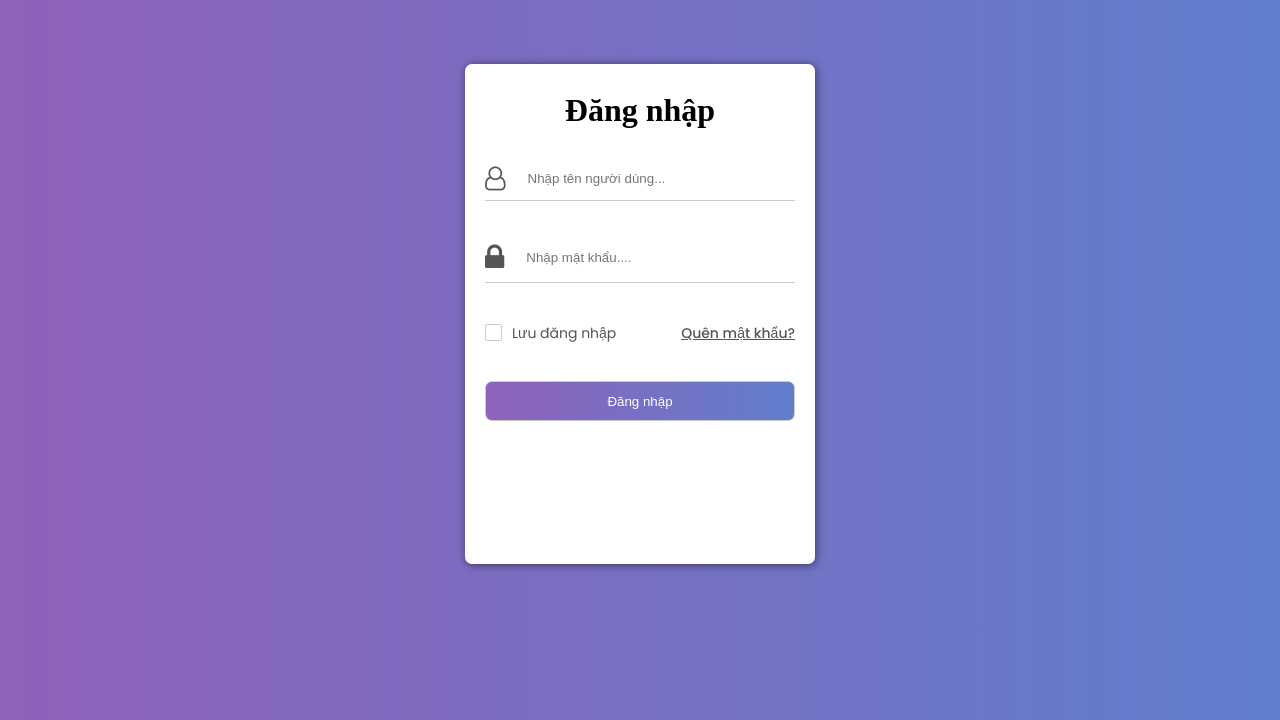
Repository: Nieday306/shophoaqua
Page: login.html
An editor plug-in stored every save of this project. The page is shown before and after the next save, followed by the edit.
The browser window is 1280 px wide. The pictures show the whole page.

Above is the page before, as saved 2024-04-06 18:35:54.

### login.html
<!DOCTYPE html>
<html lang="en">
  <head>
    <meta charset="UTF-8" />
    <meta name="viewport" content="width=device-width, initial-scale=1.0" />
    <!-- reset css -->
    <link rel="stylesheet" href="./assets/css/reset.css" />
    <!-- style css -->
    <link rel="stylesheet" href="./assets/css/style.css" />
    <!-- login css -->
    <link rel="stylesheet" href="./assets/css/login.css" />
    <!-- font  -->
    <link rel="stylesheet" href="./assets/font/stylesheet.css" />
    <title>CTN - Đăng nhập</title>
    <!-- font awesome -->
    <link
      rel="stylesheet"
      href="https://cdnjs.cloudflare.com/ajax/libs/font-awesome/4.7.0/css/font-awesome.min.css"
    />
  </head>
  <body>
    <main>
      <div class="login">
        <form
          action="https://api-gateway.fullstack.edu.vn/action_page.php"
          method="post"
          autocomplete="off"
        >
          <h1 class="login-title">Đăng nhập</h1>
          <div class="form-group">
            <div class="row row-text">
              <label for="username"
                ><i class="fa fa-user-o" style="font-size: 24px"></i
              ></label>
              <input
                type="text"
                name="username"
                id="username"
                placeholder="Nhập tên người dùng..."
                required
                minlength="8"
              />
            </div>
            <p class="form-error">* Nhập từ 8 ký tự trở lên</p>
          </div>
          <div class="form-group">
            <div class="row row-text">
              <label for="password">
                <i class="fa fa-lock" style="font-size: 30px"></i>
              </label>
              <input
                type="text"
                name="password"
                id="password"
                placeholder="Nhập mật khẩu...."
                required
                minlength="8"
              />
            </div>
            <p class="form-error">* Nhập từ 8 kí tự trở lên</p>
          </div>
          <div class="form-group">
            <div class="row row-remember">
              <input type="checkbox" name="remember" id="remember" hidden />
              <label class="remember" for="remember">Lưu đăng nhập</label>
              <a href="#!" class="forgot-pass">Quên mật khẩu?</a>
            </div>
          </div>
          <div class="form-group">
            <div class="row row-btn">
              <input type="submit" value="Đăng nhập" class="submit" />
            </div>
          </div>
        </form>
      </div>
    </main>
  </body>
</html>

### assets/css/style.css
* {
  box-sizing: border-box;
}

html,
body {
  scroll-behavior: smooth;
}

html {
  font-size: 62.5%;
}

body {
  font-size: 1.6rem;
  font-family: "Poppins", sans-serif;
  margin: 0px auto;
}

### assets/css/login.css
:root {
  --color-word: #feffff;
}

body {
  background-image: linear-gradient(to right, #8f61bb, #607ecc);
}

/* ==================common=================== */
a {
  text-decoration: none;
  color: var(--color-word);
  font-size: 1.4rem;
  font-weight: 500;
}
/* main */

main {
  display: flex;
}

.login {
  background-color: #fff;
  width: 350px;
  min-height: 500px;
  margin: 5% auto;
  border-radius: 7px;
  box-shadow: 1px 1px 10px rgb(0, 0, 0, 0.5);
  padding: 0 20px;
}

.row {
  display: flex;
  justify-content: space-between;
  align-items: center;
}

.login-title {
  margin-top: 30px;
  font-family: "Times New Roman", Times, serif;
  font-size: 3.2rem;
  font-weight: 600;
  color: #000;
  text-align: center;
  margin-bottom: 40px;
}

.fa,
input {
  color: #555;
}

input[type="text"] {
  width: 100%;
  background-color: transparent;
  outline: none;
  border: none;
  margin-left: 20px;
}

.row-text {
  padding-bottom: 10px;
  border-bottom: 1px solid #ccc;
}

.form-error {
  color: red;
  opacity: 0.9;
  font-size: 1.4rem;
  margin: 7px 0 20px;
  visibility: hidden;
}

input[type="text"]:has(:invalid) ~ .form-error {
  visibility: visible;
}

.row-remember {
  margin-top: 10px;
}

.remember {
  position: relative;
  display: flex;
  align-items: center;
  gap: 10px;
  color: #555;
  font-size: 1.4rem;
}

.remember::before {
  content: "";
  display: inline-block;
  width: 15px;
  height: 15px;
  background-color: #fff;
  border: 1px solid#ccc;
  border-radius: 2px;
}

input[type="checkbox"]:checked ~ .remember::after {
  position: absolute;
  content: "";
  display: inline-block;
  height: 5px;
  width: 10px;
  top: 2px;
  left: 2px;
  border: 3px solid #737499;
  border-top: none;
  border-right: none;
  rotate: -45deg;
}

.remember::before,
.remember::after {
  cursor: pointer;
}

.forgot-pass {
  color: #555;
  text-decoration: underline;
}

.row-btn {
  margin-top: 40px;
}

.submit {
  width: 100%;
  height: 40px;
  outline: none;
  border: none;
  border: 1px solid #ccc;
  border-radius: 7px;
  background-image: linear-gradient(to right, #8f61bb, #607ecc);
  color: #fff;
  cursor: pointer;
}
.submit:hover {
  opacity: 0.9;
}

### assets/font/stylesheet.css
@font-face {
    font-family: 'Poppins';
    src: url('Poppins-Black.woff2') format('woff2'),
        url('Poppins-Black.woff') format('woff');
    font-weight: 900;
    font-style: normal;
    font-display: swap;
}

@font-face {
    font-family: 'Poppins';
    src: url('Poppins-Bold.woff2') format('woff2'),
        url('Poppins-Bold.woff') format('woff');
    font-weight: bold;
    font-style: normal;
    font-display: swap;
}

@font-face {
    font-family: 'Poppins';
    src: url('Poppins-BlackItalic.woff2') format('woff2'),
        url('Poppins-BlackItalic.woff') format('woff');
    font-weight: 900;
    font-style: italic;
    font-display: swap;
}

@font-face {
    font-family: 'Poppins';
    src: url('Poppins-BoldItalic.woff2') format('woff2'),
        url('Poppins-BoldItalic.woff') format('woff');
    font-weight: bold;
    font-style: italic;
    font-display: swap;
}

@font-face {
    font-family: 'Poppins';
    src: url('Poppins-ExtraLightItalic.woff2') format('woff2'),
        url('Poppins-ExtraLightItalic.woff') format('woff');
    font-weight: 200;
    font-style: italic;
    font-display: swap;
}

@font-face {
    font-family: 'Poppins';
    src: url('Poppins-ExtraBoldItalic.woff2') format('woff2'),
        url('Poppins-ExtraBoldItalic.woff') format('woff');
    font-weight: bold;
    font-style: italic;
    font-display: swap;
}

@font-face {
    font-family: 'Poppins';
    src: url('Poppins-ExtraBold.woff2') format('woff2'),
        url('Poppins-ExtraBold.woff') format('woff');
    font-weight: bold;
    font-style: normal;
    font-display: swap;
}

@font-face {
    font-family: 'Poppins';
    src: url('Poppins-Italic.woff2') format('woff2'),
        url('Poppins-Italic.woff') format('woff');
    font-weight: normal;
    font-style: italic;
    font-display: swap;
}

@font-face {
    font-family: 'Poppins';
    src: url('Poppins-ExtraLight.woff2') format('woff2'),
        url('Poppins-ExtraLight.woff') format('woff');
    font-weight: 200;
    font-style: normal;
    font-display: swap;
}

@font-face {
    font-family: 'Poppins';
    src: url('Poppins-Regular.woff2') format('woff2'),
        url('Poppins-Regular.woff') format('woff');
    font-weight: normal;
    font-style: normal;
    font-display: swap;
}

@font-face {
    font-family: 'Poppins';
    src: url('Poppins-LightItalic.woff2') format('woff2'),
        url('Poppins-LightItalic.woff') format('woff');
    font-weight: 300;
    font-style: italic;
    font-display: swap;
}

@font-face {
    font-family: 'Poppins';
    src: url('Poppins-SemiBold.woff2') format('woff2'),
        url('Poppins-SemiBold.woff') format('woff');
    font-weight: 600;
    font-style: normal;
    font-display: swap;
}

@font-face {
    font-family: 'Poppins';
    src: url('Poppins-Light.woff2') format('woff2'),
        url('Poppins-Light.woff') format('woff');
    font-weight: 300;
    font-style: normal;
    font-display: swap;
}

@font-face {
    font-family: 'Poppins';
    src: url('Poppins-Medium.woff2') format('woff2'),
        url('Poppins-Medium.woff') format('woff');
    font-weight: 500;
    font-style: normal;
    font-display: swap;
}

@font-face {
    font-family: 'Poppins';
    src: url('Poppins-MediumItalic.woff2') format('woff2'),
        url('Poppins-MediumItalic.woff') format('woff');
    font-weight: 500;
    font-style: italic;
    font-display: swap;
}

@font-face {
    font-family: 'Poppins';
    src: url('Poppins-Thin.woff2') format('woff2'),
        url('Poppins-Thin.woff') format('woff');
    font-weight: 100;
    font-style: normal;
    font-display: swap;
}

@font-face {
    font-family: 'Poppins';
    src: url('Poppins-ThinItalic.woff2') format('woff2'),
        url('Poppins-ThinItalic.woff') format('woff');
    font-weight: 100;
    font-style: italic;
    font-display: swap;
}

@font-face {
    font-family: 'Poppins';
    src: url('Poppins-SemiBoldItalic.woff2') format('woff2'),
        url('Poppins-SemiBoldItalic.woff') format('woff');
    font-weight: 600;
    font-style: italic;
    font-display: swap;
}

Loaded but not shown: assets/css/reset.css (common file)

After the next save:
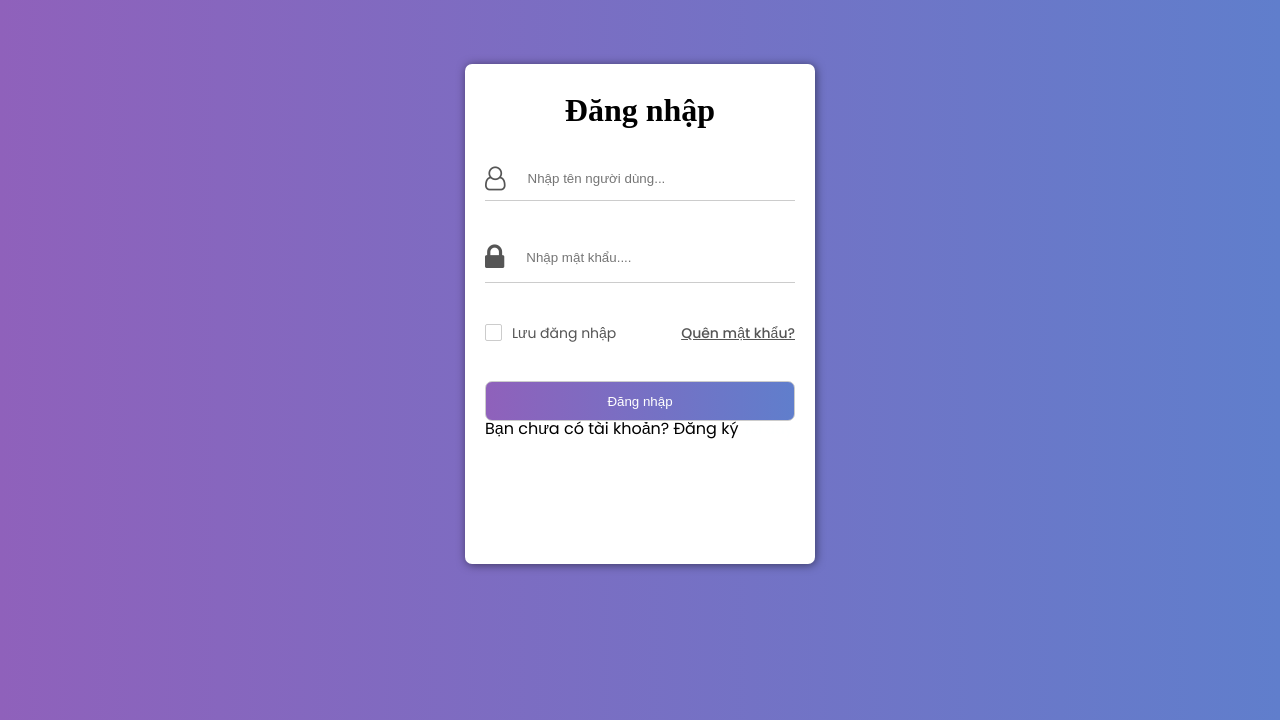
Saved 2 min 44 s later.
--- a/login.html
+++ b/login.html
@@ -70,6 +70,11 @@
             <div class="row row-btn">
               <input type="submit" value="Đăng nhập" class="submit" />
             </div>
+            <div class="row">
+              <p class="register">
+                Bạn chưa có tài khoản? Đăng ký <a href="#!">Tại đây</a>
+              </p>
+            </div>
           </div>
         </form>
       </div>
